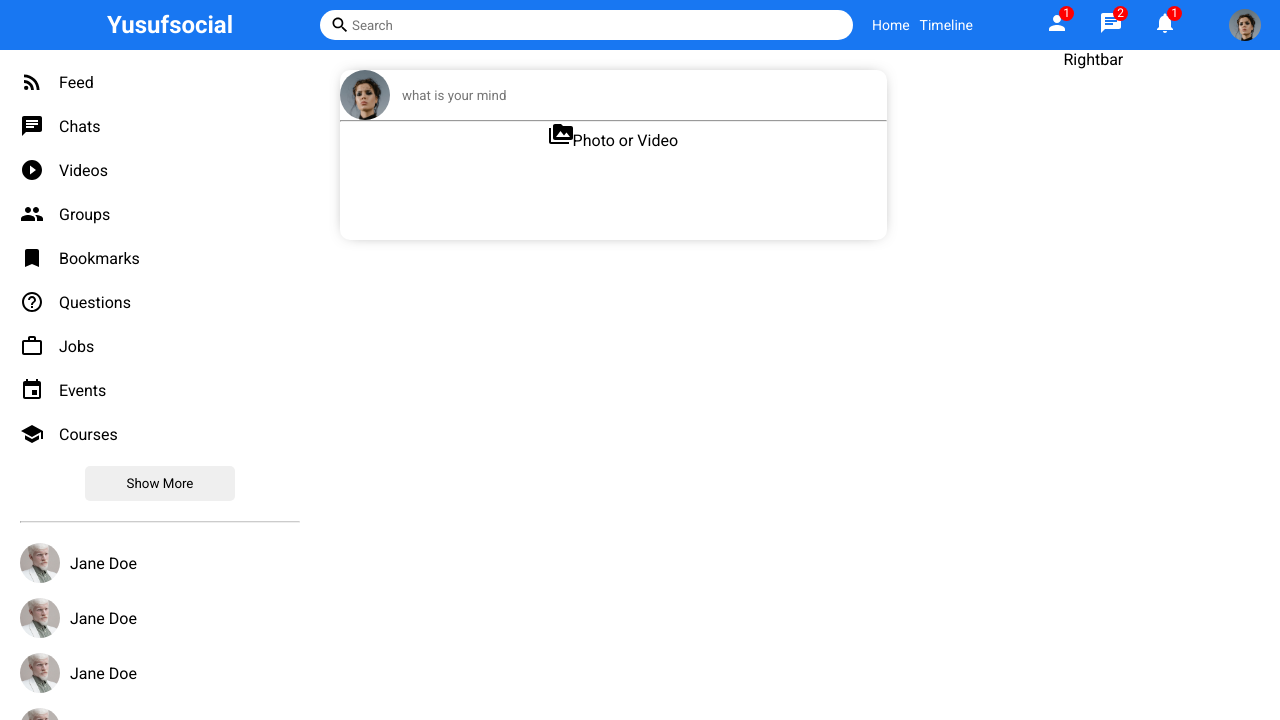
Repository: sevilgenysf/socialmediaapp
Page: /
The author's editor kept a copy of each file at every save. The page is drawn from the files as they stood at one save, then again after the next save.
The browser window is 1280 px wide. The pictures show the whole page.
The project was rebuilt for these pictures with package versions that can differ from the ones it lists, and the page was loaded fresh each time.

Above is the page before, as saved 2022-02-17 10:02:20.

### public/index.html
<!DOCTYPE html>
<html lang="en">

<head>
	<meta charset="utf-8" />
	<meta name="viewport" content="width=device-width, initial-scale=1" />
	<meta name="description" content="Web site created using create-react-app" />
	<link href="https://fonts.googleapis.com/css2?family=Roboto:ital,wght@0,300;0,400;0,700;1,500&display=swap"
		rel="stylesheet">
	<link rel="stylesheet" href="style.css">
	<title>Social App</title>
</head>

<body>
	<noscript>You need to enable JavaScript to run this app.</noscript>
	<div id="root"></div>
</body>

</html>

### src/App.js
import React from 'react';
import Home from './pages/home/Home';
import './App.css';

function App() {
	return (
		<div className="App">
			<Home />
		</div>
	);
}

export default App;

### src/pages/home/Home.jsx
import React from 'react';
import Topbar from '../../components/topbar/Topbar';
import Sidebar from '../../components/sidebar/Sidebar';
import Feed from '../../components/feed/Feed';
import Rightbar from '../../components/rightbar/Rightbar';
import './home.css';

const Home = () => {
	return (
		<>
			<Topbar />
			<div className="homeContainer">
				<Sidebar />
				<Feed />
				<Rightbar />
			</div>
		</>
	);
};

export default Home;

### src/components/topbar/Topbar.jsx
import React from 'react';
import './topbar.css';
import { Search, Person, Chat, Notifications } from '@mui/icons-material';

const Topbar = () => {
	return (
		<div className="topbarContainer">
			<div className="topbarLeft">
				<span className="logo">Yusufsocial</span>
			</div>
			<div className="topbarCenter">
				<div className="searchbar">
					<Search className="searchIcon" />
					<input type="text" placeholder="Search" className="searchInput" />
				</div>
			</div>
			<div className="topbarRight">
				<div className="topbarLink">
					<span className="topbarLink">Home</span>
					<span className="topbarLink">Timeline</span>
				</div>
				<div className="topbarIcons">
					<div className="topbarIconItem">
						<Person />
						<span className="topbarIconBadge">1</span>
					</div>
					<div className="topbarIconItem">
						<Chat />
						<span className="topbarIconBadge">2</span>
					</div>
					<div className="topbarIconItem">
						<Notifications />
						<span className="topbarIconBadge">1</span>
					</div>
				</div>
				<img src="/assets/person/1.jpeg" alt="" className="topbarImg" />
			</div>
		</div>
	);
};

export default Topbar;

### src/components/sidebar/Sidebar.jsx
import React from 'react';
import './sidebar.css';
import {
	RssFeed,
	Chat,
	PlayCircleFilledOutlined,
	Group,
	Bookmark,
	HelpOutline,
	WorkOutline,
	Event,
	School
} from '@mui/icons-material';

const Sidebar = () => {
	return (
		<div className="sidebar">
			<div className="sidebarWrapper">
				<ul className="sidebarList">
					<li className="sidebarListItem">
						<RssFeed className="sidebarIcon" />
						<span className="sidebarListItemText">Feed</span>
					</li>
					<li className="sidebarListItem">
						<Chat className="sidebarIcon" />
						<span className="sidebarListItemText">Chats</span>
					</li>
					<li className="sidebarListItem">
						<PlayCircleFilledOutlined className="sidebarIcon" />
						<span className="sidebarListItemText">Videos</span>
					</li>
					<li className="sidebarListItem">
						<Group className="sidebarIcon" />
						<span className="sidebarListItemText">Groups</span>
					</li>
					<li className="sidebarListItem">
						<Bookmark className="sidebarIcon" />
						<span className="sidebarListItemText">Bookmarks</span>
					</li>
					<li className="sidebarListItem">
						<HelpOutline className="sidebarIcon" />
						<span className="sidebarListItemText">Questions</span>
					</li>
					<li className="sidebarListItem">
						<WorkOutline className="sidebarIcon" />
						<span className="sidebarListItemText">Jobs</span>
					</li>
					<li className="sidebarListItem">
						<Event className="sidebarIcon" />
						<span className="sidebarListItemText">Events</span>
					</li>
					<li className="sidebarListItem">
						<School className="sidebarIcon" />
						<span className="sidebarListItemText">Courses</span>
					</li>
				</ul>
				<button className="sidebarButton">Show More</button>
				<hr className="sidebarHr" />
				<ul className="sidebarFriendList">
					<li className="sidebarFriend">
						<img
							className="sidebarFriendImg"
							src="/assets/person/2.jpeg"
							alt=""
						/>
						<span className="sideBarFriendName">Jane Doe</span>
					</li>
					<li className="sidebarFriend">
						<img
							className="sidebarFriendImg"
							src="/assets/person/2.jpeg"
							alt=""
						/>
						<span className="sideBarFriendName">Jane Doe</span>
					</li>
					<li className="sidebarFriend">
						<img
							className="sidebarFriendImg"
							src="/assets/person/2.jpeg"
							alt=""
						/>
						<span className="sideBarFriendName">Jane Doe</span>
					</li>
					<li className="sidebarFriend">
						<img
							className="sidebarFriendImg"
							src="/assets/person/2.jpeg"
							alt=""
						/>
						<span className="sideBarFriendName">Jane Doe</span>
					</li>
					<li className="sidebarFriend">
						<img
							className="sidebarFriendImg"
							src="/assets/person/2.jpeg"
							alt=""
						/>
						<span className="sideBarFriendName">Jane Doe</span>
					</li>
					<li className="sidebarFriend">
						<img
							className="sidebarFriendImg"
							src="/assets/person/2.jpeg"
							alt=""
						/>
						<span className="sideBarFriendName">Jane Doe</span>
					</li>
					<li className="sidebarFriend">
						<img
							className="sidebarFriendImg"
							src="/assets/person/2.jpeg"
							alt=""
						/>
						<span className="sideBarFriendName">Jane Doe</span>
					</li>
					<li className="sidebarFriend">
						<img
							className="sidebarFriendImg"
							src="/assets/person/2.jpeg"
							alt=""
						/>
						<span className="sideBarFriendName">Jane Doe</span>
					</li>
					<li className="sidebarFriend">
						<img
							className="sidebarFriendImg"
							src="/assets/person/2.jpeg"
							alt=""
						/>
						<span className="sideBarFriendName">Jane Doe</span>
					</li>
					<li className="sidebarFriend">
						<img
							className="sidebarFriendImg"
							src="/assets/person/2.jpeg"
							alt=""
						/>
						<span className="sideBarFriendName">Jane Doe</span>
					</li>
					<li className="sidebarFriend">
						<img
							className="sidebarFriendImg"
							src="/assets/person/2.jpeg"
							alt=""
						/>
						<span className="sideBarFriendName">Jane Doe</span>
					</li>
				</ul>
			</div>
		</div>
	);
};

export default Sidebar;

### src/components/feed/Feed.jsx
import React from 'react';
import './feed.css';
import Share from '../../components/share/Share';

const Feed = () => {
	return (
		<div className="feed">
			<div className="feedWrapper">
				<Share />
			</div>
		</div>
	);
};

export default Feed;

### src/components/rightbar/Rightbar.jsx
import React from 'react';
import './rightbar.css';

const Rightbar = () => {
	return <div className="rightbar">Rightbar</div>;
};

export default Rightbar;

### src/pages/home/home.css
.homeContainer {
	display: flex;
	width: 100%;
}

### src/components/topbar/topbar.css
.topbarContainer {
	height: 50px;
	width: 100%;
	background-color: #1877f2;
	display: flex;
	align-items: center;
	position: sticky;
	top: 0;
}

.topbarLeft {
	flex: 3;
}

.logo {
	font-size: 24px;
	margin-left: 20px;
	font-weight: bold;
	color: #fff;
	cursor: pointer;
}

.topbarCenter {
	flex: 5;
}

.searchbar {
	width: 100%;
	height: 30px;
	background-color: #fff;
	border-radius: 30px;
	display: flex;
	align-items: center;
}

.searchIcon {
	font-size: 20px !important;
	margin-left: 10px;
}


.searchInput {
	border: none;
	width: 70%;
}

.searchInput:focus {
	outline: none;
}

.topbarRight {
	display: flex;
	align-items: center;
	justify-content: space-around;
	flex: 4;
	color: #fff;
}

.topbarLink {
	margin-right: 10px;
	font-size: 14px;
	cursor: pointer;
}

.topbarIcons {
	display: flex;
}

.topbarIconItem {
	margin: 15px;
	cursor: pointer;
	position: relative;
}

.topbarIconBadge {
	width: 15px;
	height: 15px;
	background-color: red;
	border-radius: 50%;
	color: #fff;
	position: absolute;
	top: -5px;
	right: -5px;
	align-items: center;
	justify-content: center;
	font-size: 12px;
}

.topbarImg {
	width: 32px;
	height: 32px;
	border-radius: 50%;
	object-fit: cover;
	cursor: pointer;
}

### src/components/sidebar/sidebar.css
.sidebar {
	flex: 3;
	height: calc(100vh - 50px);
	overflow-y: scroll;
}

::-webkit-scrollbar {
	width: 5px;
}

::-webkit-scrollbar-track {
	background: #f1f1f1;
}

::-webkit-scrollbar-thumb {
	background-color: rgb(167, 160, 160);
}

.sidebarWrapper {
	padding: 20px;
}

.sidebarList {
	padding: 0;
	margin: 0;
	list-style: none;
}

.sidebarListItem {
	display: flex;
	align-items: center;
	margin-bottom: 20px;
}

.sidebarIcon {
	margin-right: 15px;
}

.sidebarButton {
	width: 150px;
	border: none;
	padding: 10px;
	border-radius: 5px;
	font-weight: 500;
}

.sidebarHr {
	margin: 20px 0;
	border-top: 1px solid #ccc;
}

.sidebarFriendList {
	padding: 0;
	margin: 0;
	list-style: none;
}

.sidebarFriend {
	display: flex;
	align-items: center;
	margin-bottom: 15px;
}

.sidebarFriendImg {
	width: 40px;
	height: 40px;
	border-radius: 50%;
	object-fit: cover;
	margin-right: 10px;
}

### src/components/feed/feed.css
.feed {
	flex: 5.5;
}

.feedWrapper {
	padding: 20px;
}

### src/components/share/Share.jsx
import React from 'react';
import './share.css';
import { PermMedia } from '@mui/icons-material';

const Share = () => {
	return (
		<div className="share">
			<div className="containerWrapper">
				<div className="shareTop">
					<img className="shareProfileImg" src="/assets/person/1.jpeg" alt="" />
					<input
						className="shareInput"
						type="text"
						placeholder="what is your mind"
					/>
				</div>
				<hr className="shareHr" />
				<div className="shareBottom">
					<div className="shareOptions">
						<div className="shareOption">
							<PermMedia className="shareIcon" />
							<span className="shareOptionText">Photo or Video</span>
						</div>
					</div>
				</div>
			</div>
		</div>
	);
};

export default Share;

### src/components/rightbar/rightbar.css
.rightbar {
	flex: 3.5;
}

### src/components/share/share.css
.share {
	width: 100%;
	height: 170px;
	border-radius: 10px;
	-webkit-box-shadow: 0px 0px 16px -8px rgba(0,0,0,0.75);
	box-shadow: 0px 0px 16px -8px rgba(0,0,0,0.68);
}

.shareWrapper {
	padding: 10px;
}

.shareTop {
	display: flex;
	align-items: center;
}

.shareProfileImg {
	width: 50px;
	height: 50px;
	border-radius: 50%;
	object-fit: cover;
	margin-right: 10px;
}

.shareInput {
	border: none;
	width: 80%;
}

.shareInput:focus {
	outline: none;
}

### public/style.css
* {
	margin: 0;
	font-family: 'Roboto', sans-serif ;
}

Loaded but not shown: src/index.js (common file); src/index.css (common file); src/App.css (common file)

After the next save:
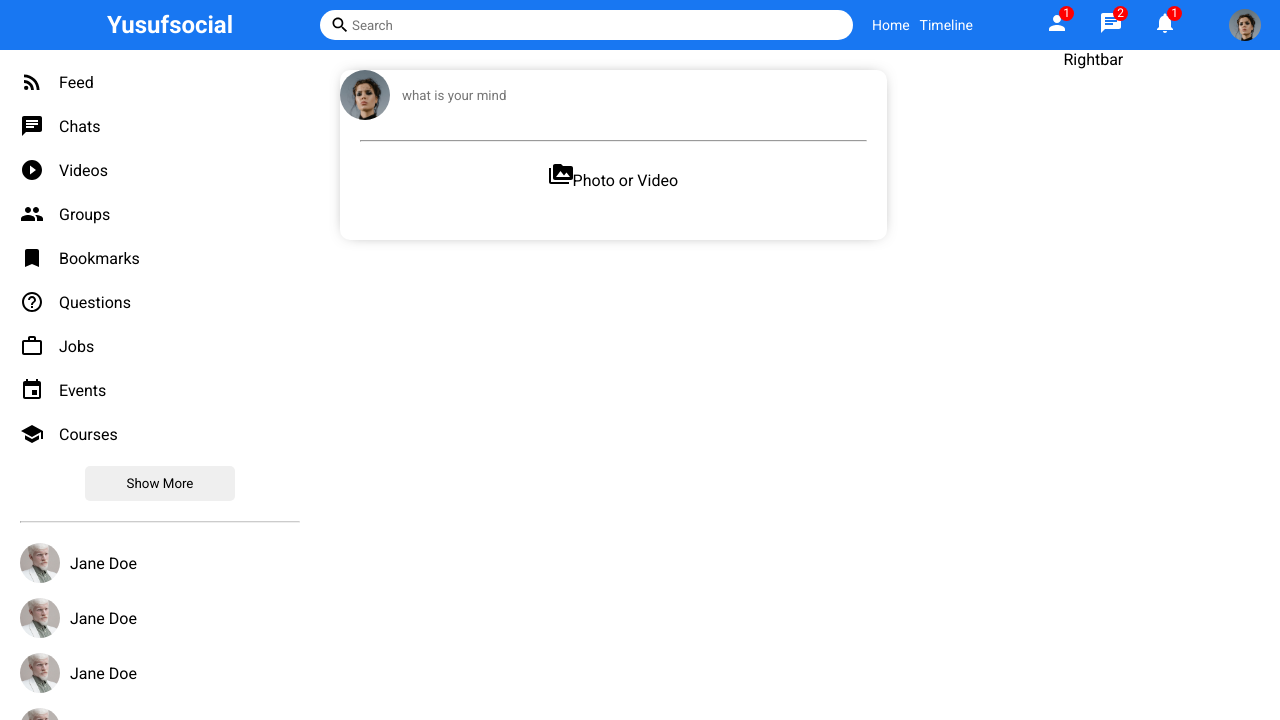
Saved 20 s later.
--- a/src/components/share/share.css
+++ b/src/components/share/share.css
@@ -31,3 +31,7 @@
 .shareInput:focus {
 	outline: none;
 }
+
+.shareHr {
+	margin: 20px;
+}
